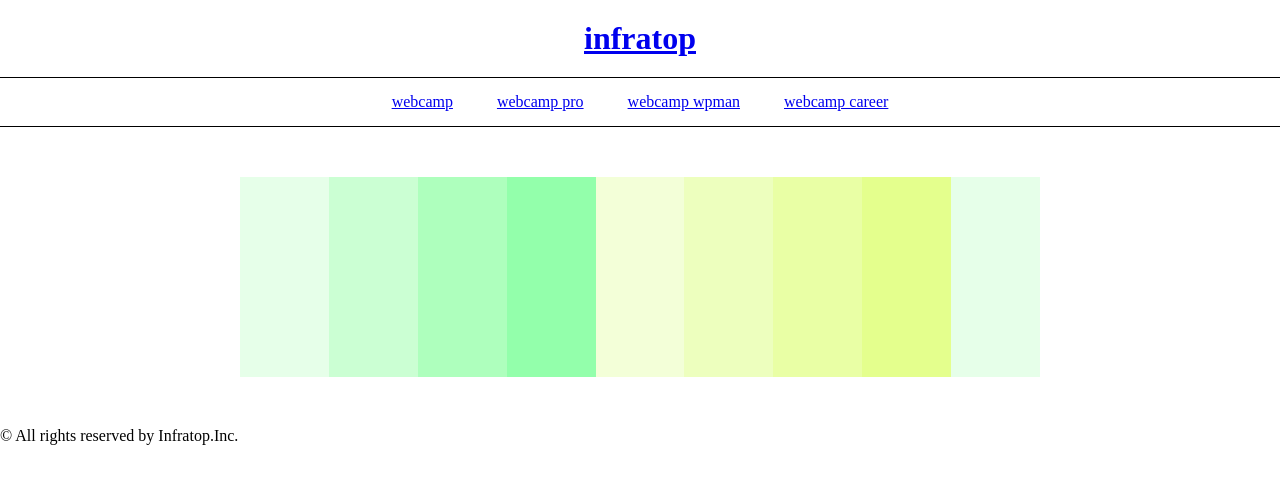
Repository: Y-takumi0/DMMwebcamp
Page: exercise/chapter5.html
The author's editor kept a record of every edit. The page is drawn from the files as they stood at one moment, then again after the next edit.
The browser window is 1280 px wide. The pictures show the whole page.

Above is the page before.

### exercise/chapter5.html
<!DOCTYPE html>
<!DOCTYPE html>
<html lang="ja">
  <head>
    <meta charset="UTF-8" />
    <link rel="stylesheet" href="chapter5.css" />
    <title>chapter5</title>
  </head>

  <body>
    <header>
      <h1 class="heading">
        <a href="chapter5.html">
          infratop
        </a>
      </h1>
    </header>

    <nav>
      <ul class="nav-list">
        <li class="nav-list-item">
          <a href="chapter5.html">webcamp</a>
        </li>
        <li class="nav-list-item">
          <a href="chapter5.html">webcamp pro</a>
        </li>
        <li class="nav-list-item">
          <a href="chapter5.html">webcamp wpman</a>
        </li>
        <li class="nav-list-item">
          <a href="chapter5.html">webcamp career</a>
        </li>
      </ul>
    </nav>

    <div class="main">
      <div class="square1"></div>
      <div class="square2"></div>
      <div class="square3"></div>
      <div class="square4"></div>
      <div class="square5"></div>
      <div class="square6"></div>
      <div class="square7"></div>
      <div class="square8"></div>
      <div class="square9"></div>
      <div class="square10"></div>
      <div class="square11"></div>
      <div class="square12"></div>
    </div>

    <footer>
      <p class="footer-text">© All rights reserved by Infratop.Inc.</p>    </footer>
  </body>
</html>

### exercise/chapter5.css
* {
  margin: 0;
  padding: 0;
  box-sizing: border-box;
}

header {
  width: 90%;
  padding: 20px 0;
  margin: 0 auto;
  text-align: center;
}

header .header {
  font-size: 32px;
}

.nav-list {
  text-align: center;
  padding: 15px 0;
  margin: 0 auto;
  border-top: 1px solid black;
  border-bottom: 1px solid black;
}

.nav-list-item {
  list-style: none;
  display:  inline-block;
  margin: 0px 20px;
}

.main {
  width: 800px;
  margin: 50px auto;
  display: flex;
}

.square1 {
  width: 200px;
  height: 200px;
  background-color: #e6ffe9;
}

.square2 {
  width: 200px;
  height: 200px;
  background-color: #cbffd3;
}

.square3 {
  width: 200px;
  height: 200px;
  background-color: #aeffbd;
}

.square4 {
  width: 200px;
  height: 200px;
  background-color: #93ffab;
}

.square5 {
  width: 200px;
  height: 200px;
  background-color: #f3ffd8;
}

.square6 {
  width: 200px;
  height: 200px;
  background-color: #edffbe;
}

.square7 {
  width: 200px;
  height: 200px;
  background-color: #e9ffa5;
}

.square8 {
  width: 200px;
  height: 200px;
  background-color: #e4ff8d;
}

.square9 {
  width: 200px;
  height: 200px;
  background-color: #e6ffe9
}

After the next edit:
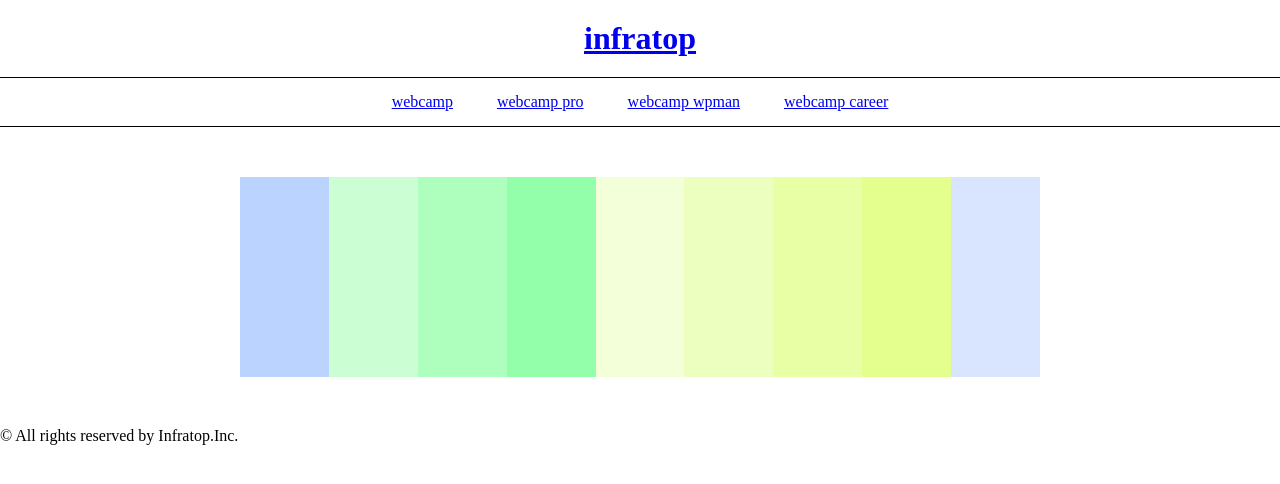
The edit:
--- a/exercise/chapter5.css
+++ b/exercise/chapter5.css
@@ -86,5 +86,11 @@
 .square9 {
   width: 200px;
   height: 200px;
-  background-color: #e6ffe9
+  background-color: #d9e5ff;
 }
+
+.square1 {
+  width: 200px;
+  height: 200px;
+  background-color: #bad3ff;
+}
